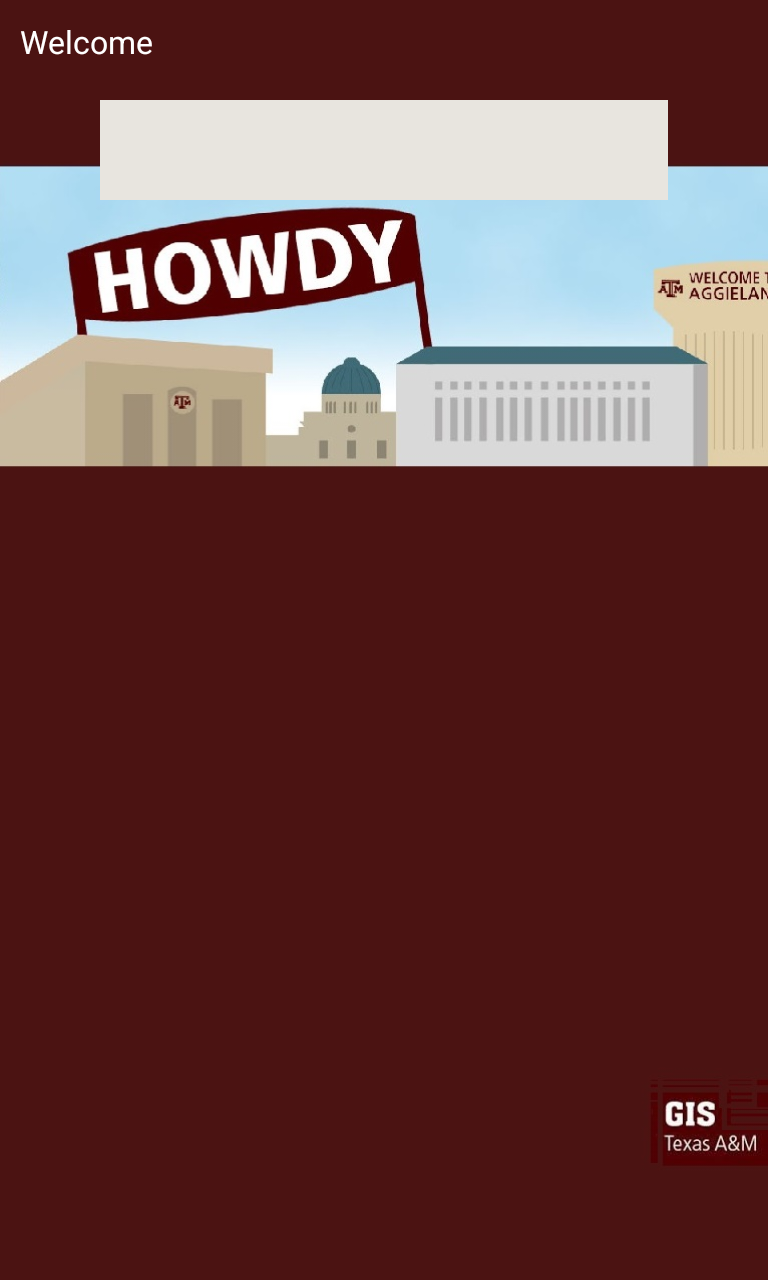
Repository: jannelg92/ANDROIDAPP
Layout: GEOINNOVATION/TAMUgis-dayEvents/res/layout/main_home.xml
The author's editor kept a copy of each file at every save. The layout is drawn from the files as they stood at one save, then again after the next save.
It is drawn on a 768 x 1280 px phone screen (xhdpi) without system bars, with theme AppTheme; the app's code is not run. Lists and similar views that code fills are empty.

Above is the layout before, as saved 2014-04-19 00:40:20.

After the next save:
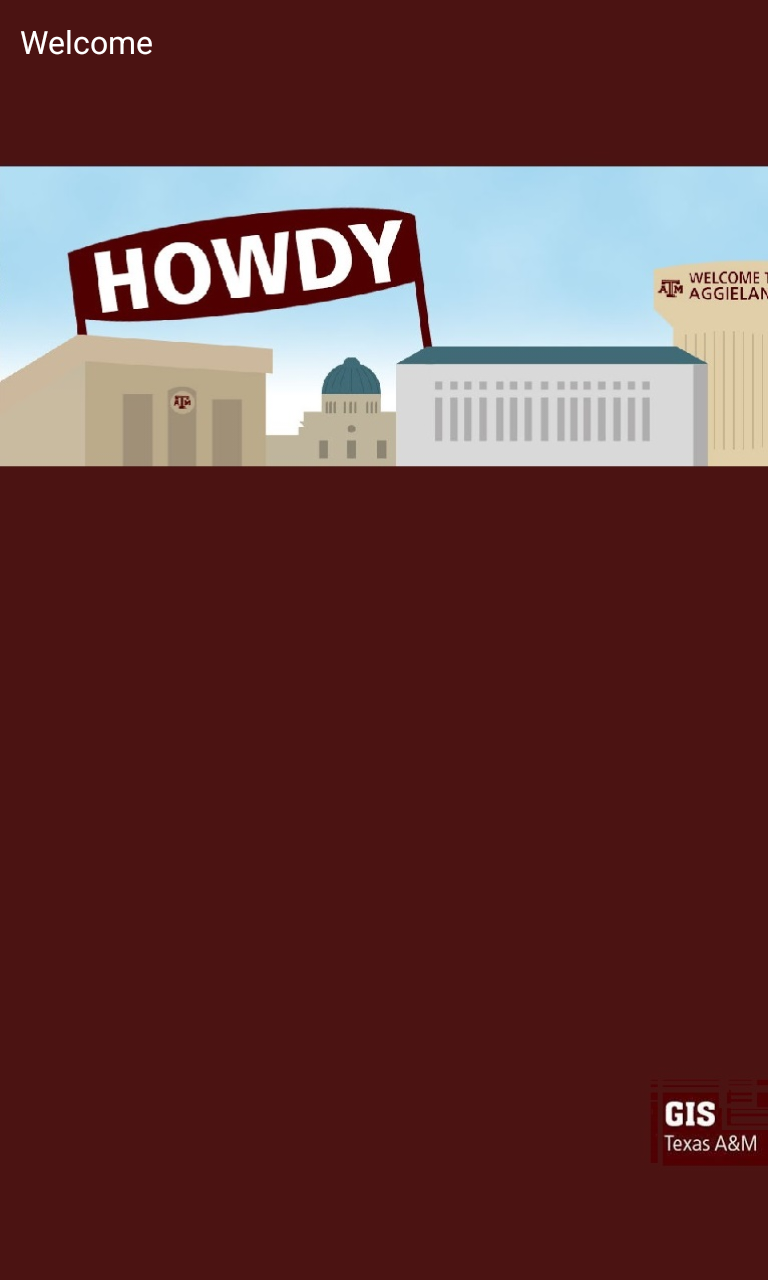
Saved 11 s later.
--- a/GEOINNOVATION/TAMUgis-dayEvents/res/layout/main_home.xml
+++ b/GEOINNOVATION/TAMUgis-dayEvents/res/layout/main_home.xml
@@ -31,8 +31,7 @@
         android:id="@+id/event_b"
         android:layout_width="match_parent"
         android:layout_height="50dp"
-        android:layout_margin="40dp"
-        android:layout_marginBottom="100dp"
+        android:layout_margin="240dp"
         android:background="#E8E5DF"
         android:clickable="true"
         android:scrollY="200px"

After the 2 saves that followed:
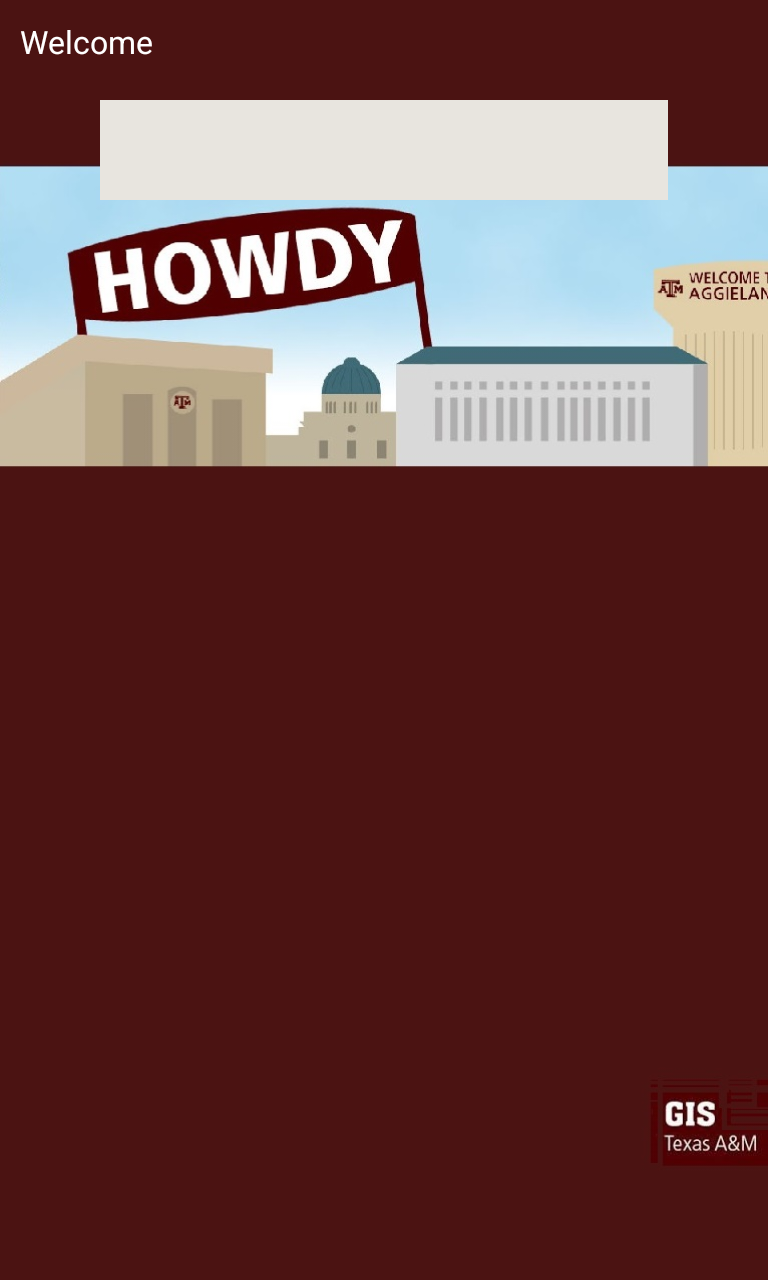
The 2 saves are shown as one change because 1 left the picture as it was.
The last was saved 40 s later.
--- a/GEOINNOVATION/TAMUgis-dayEvents/res/layout/main_home.xml
+++ b/GEOINNOVATION/TAMUgis-dayEvents/res/layout/main_home.xml
@@ -31,7 +31,8 @@
         android:id="@+id/event_b"
         android:layout_width="match_parent"
         android:layout_height="50dp"
-        android:layout_margin="240dp"
+        android:layout_margin="40dp"
+		android:layout_marginTop="200dp"
         android:background="#E8E5DF"
         android:clickable="true"
         android:scrollY="200px"
